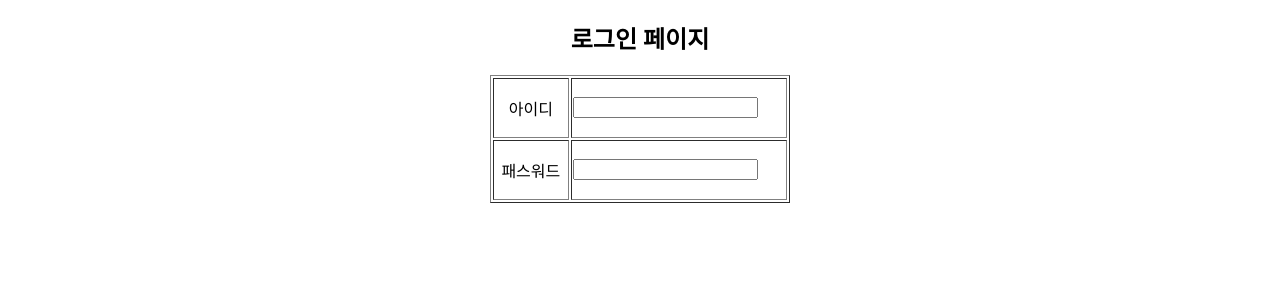
Repository: SuperHamzzi/JSPStudy
Page: http://localhost/JSP01/RequestLogin.jsp
The author's editor kept a copy of each file at every save. The page is drawn from the files as they stood at one save, then again after the next save.
The browser window is 1280 px wide. The pictures show the whole page.
The page is served by Tomcat 9.

Above is the page before, as saved 2023-06-04 08:27:22.

After the next save:
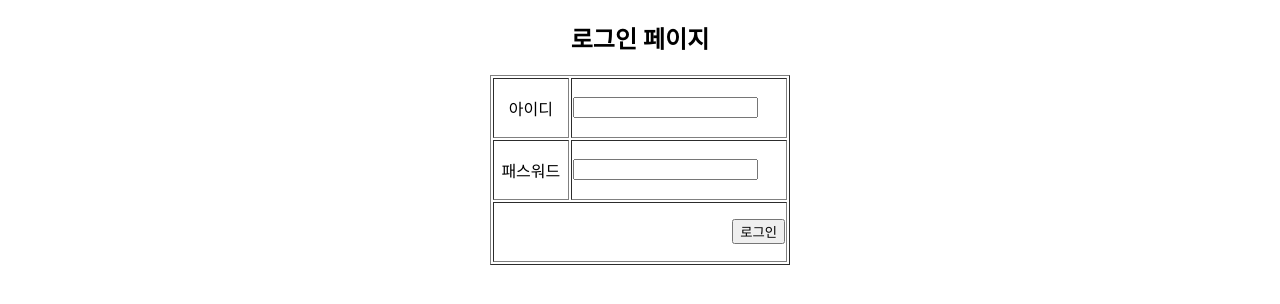
Saved 50 s later.
--- a/JSP01/WebContent/RequestLogin.jsp
+++ b/JSP01/WebContent/RequestLogin.jsp
@@ -21,7 +21,12 @@
 	<tr height="60">
 		<td align="center" width="150">패스워드</td>
 		<td align="left" width="250">
-			<input type="password" name="password">
+			<input type="password" name="pass">
+		</td>
+	</tr>
+	<tr height="60">
+		<td colspan="2" align="right">
+			<input type="submit" value="로그인">
 		</td>
 	</tr>
 
